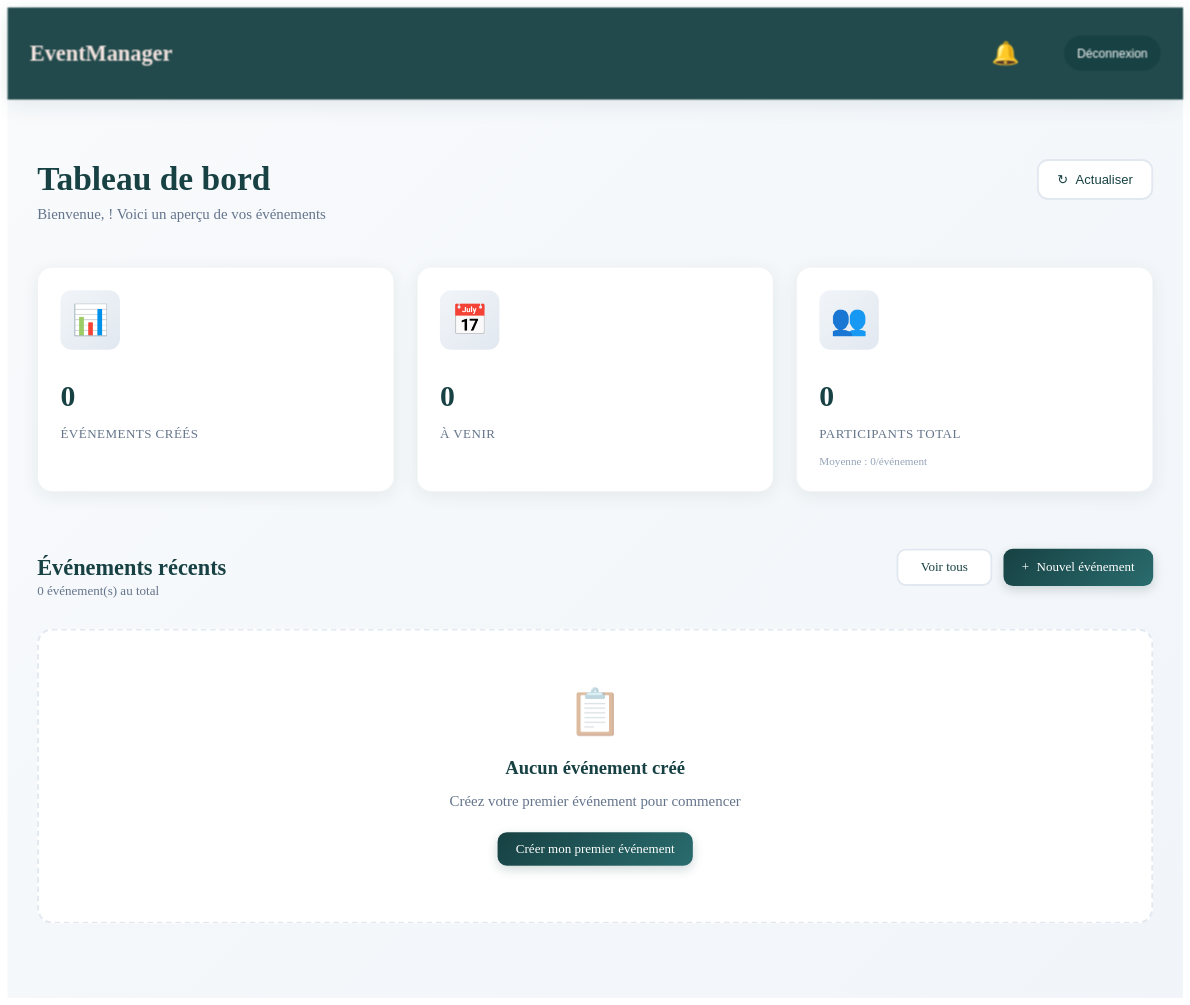
Repository: RADJA-A/DahiliRadja_Pjt_IW
Page: /organisateur/dashboard (app in Front/gerement/)
The author's editor kept a copy of each file at every save. The page is drawn from the files as they stood at one save, then again after the next save.
The browser window is 1280 px wide. The pictures show the whole page, at 93% of full size.
The project was rebuilt for these pictures with package versions that can differ from the ones it lists, and the page was loaded fresh each time. Also part of the build but not shown: Front/gerement/angular.json, Front/gerement/src/app/pages/home/home.component.ts, Front/gerement/src/app/components/avantages/avantages.component.ts, Front/gerement/src/app/components/procedure/procedure.component.ts, Front/gerement/src/app/components/services/services.component.ts, Front/gerement/src/app/pages/login/login.component.ts, Front/gerement/src/app/core/services/auth.service.ts, Front/gerement/src/app/pages/signin/signin.component.ts and 8 more.

Above is the page before, as saved 2025-12-15 12:13:44.

### Front/gerement/src/index.html
<!doctype html>
<html lang="en">
<head>
  <meta charset="utf-8">
  <title>Gerement</title>
  <base href="/">
  <meta name="viewport" content="width=device-width, initial-scale=1">
   <link rel="icon" type="image/x-icon" href="1.png">
</head>
<body>


  <app-root></app-root>
</body>
</html>

### Front/gerement/src/app/app.config.ts
import { ApplicationConfig, provideZoneChangeDetection } from '@angular/core';
import { provideRouter } from '@angular/router';
import { provideHttpClient, withInterceptors } from '@angular/common/http';
import { routes } from './app.routes';
import { authInterceptor } from './interceptors/auth.interceptor'; // Notez : pas de AuthInterceptor class

export const appConfig: ApplicationConfig = {
  providers: [
    provideZoneChangeDetection({ eventCoalescing: true }),
    provideRouter(routes),
    provideHttpClient(
      withInterceptors([authInterceptor])  // Utilisez la fonction
    )
  ]
};

### Front/gerement/src/app/app.component.ts
import { Component } from '@angular/core';
import { CommonModule } from '@angular/common';
import { Router, RouterOutlet, NavigationEnd } from '@angular/router';
import { HeaderComponent } from './components/header/header.component';
import { FooterComponent } from './components/footer/footer.component';
import { NavbarComponent } from './components/navbar/navbar.component';
import { filter } from 'rxjs/operators';

@Component({
  selector: 'app-root',
  standalone: true,
  imports: [
    CommonModule,
    RouterOutlet,
    HeaderComponent,
    FooterComponent,
    NavbarComponent // ← Ajout
  ],
  templateUrl: './app.component.html',
  styleUrls: ['./app.component.css']
})
export class AppComponent {
  title = 'gerement';
  showNavbar = false;

  constructor(private router: Router) {
    // Déterminer quand afficher la navbar
    this.router.events.pipe(
      filter(event => event instanceof NavigationEnd)
    ).subscribe((event: any) => {
      const url = event.url;
      this.showNavbar = !['/', '/login', '/signin'].includes(url);
    });
  }
}

### Front/gerement/src/app/interceptors/auth.interceptor.ts
// src/app/interceptors/auth.interceptor.ts
import { HttpInterceptorFn } from '@angular/common/http';
import { inject } from '@angular/core';
import { AuthService } from '../services/auth.service';

export const authInterceptor: HttpInterceptorFn = (req, next) => {
  const authService = inject(AuthService);
  const authHeaders = authService.getAuthHeaders();

  // Si pas de headers d'auth, passer à la suite
  if (Object.keys(authHeaders).length === 0) {
    return next(req);
  }

  // Cloner la requête avec les headers
  const authReq = req.clone({
    setHeaders: authHeaders
  });

  return next(authReq);
};

### Front/gerement/src/app/app.component.html
<app-header *ngIf="!showNavbar"></app-header>
<app-navbar *ngIf="showNavbar"></app-navbar>
<router-outlet></router-outlet>
<app-footer *ngIf="!showNavbar"></app-footer>

### Front/gerement/src/app/components/header/header.component.ts
import { Component } from '@angular/core';
import { Router, RouterModule } from '@angular/router';

@Component({
  selector: 'app-header',
  standalone: true,
  imports: [RouterModule],
  templateUrl: './header.component.html',
  styleUrls: ['./header.component.css']
})
export class HeaderComponent {
  constructor(private router: Router) {}

  navigateToLogin() {
    this.router.navigate(['/login']);
  }

  navigateToSignin() {
    this.router.navigate(['/signin']);
  }

}

### Front/gerement/src/app/components/navbar/navbar.component.ts
import { Component, OnInit } from '@angular/core';
import { Router, RouterModule } from '@angular/router';
import { CommonModule } from '@angular/common';
import { NotificationsComponent } from '../notifications/notifications.component';
import { NotificationService } from '../../services/notification.service';

@Component({
  selector: 'app-navbar',
  imports: [CommonModule,NotificationsComponent,RouterModule],
  templateUrl: './navbar.component.html',
  styleUrls: ['./navbar.component.css']
})
export class NavbarComponent implements OnInit {
  user: any;
  notificationsCount = 0;
  showNotifications = false;

  constructor(
    private router: Router,
    private notificationService: NotificationService
  ) {}

  ngOnInit() {
    const userStr = localStorage.getItem('user');
    if (userStr) {
      this.user = JSON.parse(userStr);
      this.loadNotificationsCount();
    }
  }

  loadNotificationsCount() {
    this.notificationService.getNotificationsNonLues(this.user.id).subscribe(
      (notifications) => {
        this.notificationsCount = notifications.length;
      }
    );
  }

  toggleNotifications() {
    this.showNotifications = !this.showNotifications;
  }

  logout() {
    localStorage.removeItem('user');
    this.router.navigate(['/login']);
  }

  // Fix role check with multiple possibilities
  isOrganisateur(): boolean {
    const role = this.user?.role;
    console.log('Checking role:', role); // Debug log
    return role === 'ORGANIZER' || role === 'ADMIN';
  }

  // Add isParticipant method
  isParticipant(): boolean {
    const role = this.user?.role;
    return role === 'PARTICIPANT';
  }
}

### Front/gerement/src/app/components/header/header.component.html
<div id="logindiv">
  <nav>
    <h1>Gerement</h1>
    <ul class="liste">
      <li><a href="#avantages">Avantages</a></li>
      <li><a href="#services">Nos services</a></li>
      <li><a href="#procedure">Procedure</a></li>
    </ul>

    <!-- Wrap the buttons -->
    <div class="button-group">
      <button id="connectbtn" (click)="navigateToLogin()">Se connecter</button>
      <button id="signinbtn" (click)="navigateToSignin()">S'inscrire</button>
    </div>
  </nav>
</div>

### Front/gerement/src/app/components/header/header.component.css
*{
    font-family: DM sans-serif ;
}


body::-webkit-scrollbar {
    width : 10px;
}

body::-webkit-scrollbar-track {
    background :#174143;
}

body::-webkit-scrollbar-thumb {
    background-color :#F5E5E1;
    border-radius: 10px 10px ;
}


nav {
    display: flex;
    justify-content: space-between; /* h1 left, everything else right */
    align-items: center;
    padding: 0 20px;
}

.button-group {
    display: flex;
    gap: 10px; /* space between the two buttons */
}


nav h1 {
    color: #174143;
    margin: 0;
}

nav ul {
    display: flex;
    list-style: none;
    margin: 0;
    padding: 0;
    gap: 30px;
    align-items: center;
    font-size: 20px;
}

nav ul li {
    margin: 0;
    padding: 0;
}

nav ul li a {
    text-decoration: none;
    color: black;
    line-height: 1;
    display: flex;
    align-items: center;
}

nav ul li a:hover{
    font-weight: bold;
}


button{
    border: none;
    border-radius: 50px;
     background-color:  #174143;
    color: white;
    height : 48px;
    width : 134px;
    font-size: 19px;
}

button:hover{
    cursor: pointer;
    transition : 0.2s ease-in-out  ;
    background-color:  #F5E5E1;
    color:  #174143;
}

### Front/gerement/src/app/components/footer/footer.component.html
<footer class="custom-footer">
  <div class="footer-section">
    <p>Université d'alger 1</p>
    <p>Alger centre</p>
    <p>Alger, Algerie</p>
  </div>



  <div class="footer-bottom">
    <p>Gerement™</p>
    <p>© 2025 All Rights Reserved</p>
  </div>
</footer>

### Front/gerement/src/app/components/footer/footer.component.css
.custom-footer {
  background: #174143;
  padding: 30px;
  text-align: center;
  color: #F5E5E1;
  font-family: Arial, sans-serif;
  border-top: 1px solid #ddd;
}


.footer-bottom {
  margin-top: 15px;
  font-size: 13px;
  color: #d7beb8;
}

### Front/gerement/src/app/components/navbar/navbar.component.html
<nav class="navbar">
  <div class="navbar-container">
    <div class="navbar-brand">
      <h2>EventManager</h2>
    </div>

    <div class="navbar-menu">
      <ng-container *ngIf="isOrganisateur()">
        <!-- Add routerLink directive -->
        <a [routerLink]="['/organisateur/dashboard']" routerLinkActive="active">Dashboard</a>
        <a [routerLink]="['/organisateur/mes-evenements']" routerLinkActive="active">Mes Événements</a>
        <a [routerLink]="['/organisateur/creer-evenement']" routerLinkActive="active">Créer</a>
      </ng-container>

      <ng-container *ngIf="isParticipant()">
        <!-- Add routerLink directive -->
        <a [routerLink]="['/participant/evenements']" routerLinkActive="active">Événements</a>
        <a [routerLink]="['/participant/mes-inscriptions']" routerLinkActive="active">Mes Inscriptions</a>

      </ng-container>
    </div>

    <div class="navbar-actions">
      <div class="notification-btn" (click)="toggleNotifications()">
        <span class="icon">🔔</span>
        <span class="badge-notif" *ngIf="notificationsCount > 0">{{ notificationsCount }}</span>
      </div>

      <div class="user-menu">
        <span>{{ user?.prenom }} {{ user?.nom }}</span>
        <button class="btn btn-secondary" (click)="logout()">Déconnexion</button>
      </div>
    </div>
  </div>

  <!-- Dropdown notifications -->
  <app-notifications *ngIf="showNotifications" [userId]="user?.id"></app-notifications>
</nav>

### Front/gerement/src/app/components/navbar/navbar.component.css
.navbar {
  background: rgba(23, 65, 67, 0.95);
  backdrop-filter: blur(10px);
  box-shadow: 0 4px 24px rgba(23, 65, 67, 0.1);
  position: sticky;
  top: 0;
  z-index: 1000;
}

.navbar-container {
  max-width: 1400px;
  margin: 0 auto;
  padding: 16px 24px;
  display: flex;
  justify-content: space-between;
  align-items: center;
}

.navbar-brand h2 {
  color: #F5E5E1;
  font-size: 24px;
  font-weight: 700;
}

.navbar-menu {
  display: flex;
  gap: 32px;
}

.navbar-menu a {
  color: #F5E5E1;
  text-decoration: none;
  font-weight: 500;
  padding: 8px 16px;
  border-radius: 8px;
  transition: all 0.3s ease;
}

.navbar-menu a:hover,
.navbar-menu a.active {
  background: rgba(245, 229, 225, 0.1);
  color: white;
}

.navbar-actions {
  display: flex;
  align-items: center;
  gap: 24px;
}

.notification-btn {
  position: relative;
  cursor: pointer;
  padding: 8px;
  border-radius: 50%;
  transition: background 0.3s ease;
}

.notification-btn:hover {
  background: rgba(245, 229, 225, 0.1);
}

.notification-btn .icon {
  font-size: 24px;
}

.badge-notif {
  position: absolute;
  top: 0;
  right: 0;
  background: #dc3545;
  color: white;
  border-radius: 50%;
  width: 20px;
  height: 20px;
  display: flex;
  align-items: center;
  justify-content: center;
  font-size: 11px;
  font-weight: 700;
}

.user-menu {
  display: flex;
  align-items: center;
  gap: 16px;
  color: #F5E5E1;
}

button{
    border: none;
    border-radius: 50px;
     background-color:  #174143;
    color: white;
    height : 38px;
    width : 104px;
    font-size: 13px;
}

button:hover{
    cursor: pointer;
    transition : 0.2s ease-in-out  ;
    background-color:  #F5E5E1;
    color:  #174143;
}

### Front/gerement/src/app/pages/organisateur/dashboard-organisateur/dashboard-organisateur.component.html
<div class="dashboard">
  <div class="container">
    <!-- En-tête élégant -->
    <div class="dashboard-header">
      <div class="header-content">
        <div class="header-text">
          <h1>Tableau de bord</h1>
          <p class="subtitle">Bienvenue, {{ user?.prenom }} ! Voici un aperçu de vos événements</p>
        </div>
        <button class="btn-refresh" (click)="refreshDashboard()" [disabled]="loading">
          <span class="btn-icon">↻</span> Actualiser
        </button>
      </div>
    </div>

    <!-- Statistiques -->
    <div class="stats-grid">
      <div class="stat-card card">
        <div class="stat-icon">📊</div>
        <div class="stat-info">
          <h3>{{ statistiques.totalEvenements || 0 }}</h3>
          <p>Événements créés</p>
        </div>
        <div class="stat-trend" *ngIf="statistiques.evolution > 0">
          <span class="trend-icon">↗</span>
          <span class="trend-text">+{{ statistiques.evolution }}%</span>
        </div>
      </div>

      <div class="stat-card card">
        <div class="stat-icon">📅</div>
        <div class="stat-info">
          <h3>{{ statistiques.evenementsAVenir || 0 }}</h3>
          <p>À venir</p>
        </div>
        <div class="stat-detail" *ngIf="prochainEvenement">
          <span class="detail-text">Prochain : {{ prochainEvenement.titre | truncate:20 }}</span>
        </div>
      </div>

      <div class="stat-card card">
        <div class="stat-icon">👥</div>
        <div class="stat-info">
          <h3>{{ statistiques.totalParticipants || 0 }}</h3>
          <p>Participants total</p>
        </div>
        <div class="stat-subtext">
          <span>Moyenne : {{ statistiques.moyenneParticipants || 0 }}/événement</span>
        </div>
      </div>
    </div>

    <!-- Mes événements récents -->
    <div class="recent-events">
      <div class="section-header">
        <div class="section-title">
          <h2>Événements récents</h2>
          <p class="section-subtitle">{{ evenements.length }} événement(s) au total</p>
        </div>
        <div class="section-actions">
          <a routerLink="/organisateur/mes-evenements" class="btn btn-secondary">
            Voir tous
          </a>
          <a routerLink="/organisateur/creer-evenement" class="btn btn-primary">
            <span class="btn-icon">+</span> Nouvel événement
          </a>
        </div>
      </div>

      <!-- État de chargement -->
      <div class="loading-state" *ngIf="loading">
        <div class="spinner"></div>
        <p>Chargement des événements...</p>
      </div>

      <!-- Grille d'événements -->
      <div class="events-grid" *ngIf="!loading && evenements.length > 0">
        <div class="event-card card" *ngFor="let event of evenements.slice(0, 6)">
          <div class="event-image" *ngIf="event.imageUrl">
            <img [src]="event.imageUrl" [alt]="event.titre" (error)="event.imageUrl = ''">
            <div class="event-status" [class]="'status-' + getStatutColor(event.statut!)">
              {{ event.statut }}
            </div>
          </div>

          <div class="event-content">
            <div class="event-header">
              <h3 class="event-title">{{ event.titre }}</h3>
              <div class="event-meta">
                <span class="meta-item" title="Date">
                  <span class="meta-icon">📅</span>
                  {{ event.dateDebut | date:'dd/MM/yy' }}
                </span>
                <span class="meta-item" title="Participants">
                  <span class="meta-icon">👥</span>
                  {{ event.nombreInscrits }}/{{ event.capaciteMax }}
                </span>
              </div>
            </div>

            <div class="event-details">
              <p class="event-location">
                <span class="detail-icon">📍</span>
                {{ event.lieu | truncate:30 }}
              </p>
              <p class="event-type" *ngIf="event.type">
                <span class="detail-icon">🏷️</span>
                {{ getTypeLabel(event.type) }}
              </p>
            </div>

            <div class="event-progress">
              <div class="progress-bar">
                <div class="progress-fill" [style.width]="getProgressPercentage(event) + '%'"></div>
              </div>
              <span class="progress-text">{{ getProgressPercentage(event) }}% rempli</span>
            </div>

            <div class="event-actions">
              <a [routerLink]="['/organisateur/evenements', event.id]" class="btn btn-outline">
                Détails
              </a>
              <a [routerLink]="['/organisateur/participants', event.id]" class="btn btn-primary">
                Participants
              </a>
            </div>
          </div>
        </div>
      </div>

      <!-- État vide -->
      <div class="empty-state" *ngIf="!loading && evenements.length === 0">
        <div class="empty-icon">📋</div>
        <h3>Aucun événement créé</h3>
        <p>Créez votre premier événement pour commencer</p>
        <a routerLink="/organisateur/creer-evenement" class="btn btn-primary">
          Créer mon premier événement
        </a>
      </div>

      <!-- Actions rapides -->
      <div class="quick-actions" *ngIf="evenements.length > 0">
        <div class="quick-actions-header">
          <h3>Actions rapides</h3>
        </div>
        <div class="actions-grid">
          <a routerLink="/organisateur/creer-evenement" class="action-card">
            <span class="action-icon">+</span>
            <span class="action-text">Créer un événement</span>
          </a>
          <a routerLink="/organisateur/mes-evenements" class="action-card">
            <span class="action-icon">📋</span>
            <span class="action-text">Gérer mes événements</span>
          </a>
          <a routerLink="/organisateur/participants" class="action-card">
            <span class="action-icon">👥</span>
            <span class="action-text">Voir participants</span>
          </a>
          <button class="action-card" (click)="exportData()">
            <span class="action-icon">📤</span>
            <span class="action-text">Exporter données</span>
          </button>
        </div>
      </div>
    </div>
  </div>
</div>

### Front/gerement/src/app/services/inscription.service.ts
import { Injectable } from '@angular/core';
import { HttpClient } from '@angular/common/http';
import { Observable, tap } from 'rxjs';
import { NotificationService } from './notification.service'; // Ajoutez cette importation

export interface Inscription {
  id?: number;
  userId: number;
  evenementId: number;
  dateInscription?: string;
  statut?: string; // Ajoutez ce champ si vous avez des statuts
}

@Injectable({
  providedIn: 'root'
})
export class InscriptionService {
  private apiUrl = 'http://localhost:8084/api/inscriptions';

  constructor(
    private http: HttpClient,
    private notificationService: NotificationService // Ajoutez cette injection
  ) {}

  // S'inscrire avec notification
  inscrire(inscription: Inscription): Observable<Inscription> {
    return this.http.post<Inscription>(this.apiUrl, inscription).pipe(
      tap(inscriptionCreee => {
        console.log('Inscription créée:', inscriptionCreee);

        // Ici, vous devriez déclencher une notification pour l'organisateur
        // Mais pour cela, vous avez besoin de plus d'informations
        // Le backend devrait gérer ça
      })
    );
  }

  // Se désinscrire
  desinscrire(inscriptionId: number): Observable<void> {
    return this.http.delete<void>(`${this.apiUrl}/${inscriptionId}`);
  }

  // Mes inscriptions
  getMesInscriptions(userId: number): Observable<Inscription[]> {
    return this.http.get<Inscription[]>(`${this.apiUrl}/user/${userId}`);
  }

  // Participants d'un événement (pour organisateur)
  getParticipants(evenementId: number): Observable<Inscription[]> {
    return this.http.get<Inscription[]>(`${this.apiUrl}/evenement/${evenementId}`);
  }
}

Loaded but not shown: Front/gerement/src/styles.css (common file); Front/gerement/src/main.ts (common file); Front/gerement/src/app/components/footer/footer.component.ts (common file); Front/gerement/src/app/pages/organisateur/dashboard-organisateur/dashboard-organisateur.component.css (544 lines, source omitted); Front/gerement/src/app/services/notification.service.ts (100 lines, source omitted); Front/gerement/src/app/services/auth.service.ts (123 lines, source omitted); Front/gerement/src/app/pages/organisateur/dashboard-organisateur/dashboard-organisateur.component.ts (100 lines, source omitted); Front/gerement/src/app/app.routes.ts (36 lines, source omitted); Front/gerement/src/app/services/evenement.service.ts (71 lines, source omitted); Front/gerement/src/app/app.component.css (no stored copy; drawn as an empty file)

After the next save:
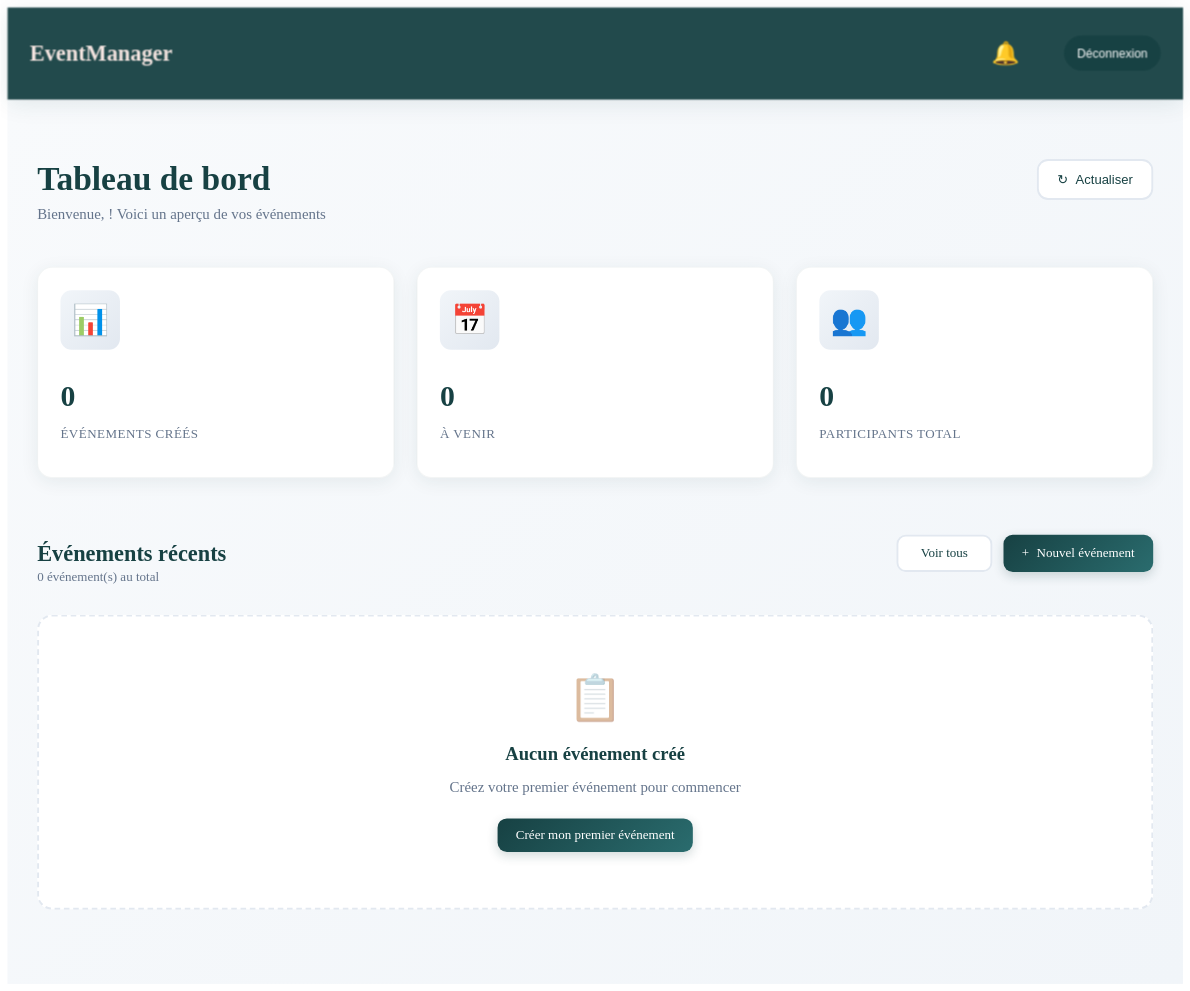
Saved 14 s later.
--- a/Front/gerement/src/app/pages/organisateur/dashboard-organisateur/dashboard-organisateur.component.html
+++ b/Front/gerement/src/app/pages/organisateur/dashboard-organisateur/dashboard-organisateur.component.html
@@ -21,10 +21,6 @@
           <h3>{{ statistiques.totalEvenements || 0 }}</h3>
           <p>Événements créés</p>
         </div>
-        <div class="stat-trend" *ngIf="statistiques.evolution > 0">
-          <span class="trend-icon">↗</span>
-          <span class="trend-text">+{{ statistiques.evolution }}%</span>
-        </div>
       </div>
 
       <div class="stat-card card">
@@ -34,7 +30,7 @@
           <p>À venir</p>
         </div>
         <div class="stat-detail" *ngIf="prochainEvenement">
-          <span class="detail-text">Prochain : {{ prochainEvenement.titre | truncate:20 }}</span>
+          <span class="detail-text">Prochain : {{ prochainEvenement.titre | slice:0:20 }}{{ prochainEvenement.titre.length > 20 ? '...' : '' }}</span>
         </div>
       </div>
 
@@ -43,9 +39,6 @@
         <div class="stat-info">
           <h3>{{ statistiques.totalParticipants || 0 }}</h3>
           <p>Participants total</p>
-        </div>
-        <div class="stat-subtext">
-          <span>Moyenne : {{ statistiques.moyenneParticipants || 0 }}/événement</span>
         </div>
       </div>
     </div>
@@ -93,7 +86,7 @@
                 </span>
                 <span class="meta-item" title="Participants">
                   <span class="meta-icon">👥</span>
-                  {{ event.nombreInscrits }}/{{ event.capaciteMax }}
+                  {{ event.nombreInscrits || 0 }}/{{ event.capaciteMax }}
                 </span>
               </div>
             </div>
@@ -101,7 +94,7 @@
             <div class="event-details">
               <p class="event-location">
                 <span class="detail-icon">📍</span>
-                {{ event.lieu | truncate:30 }}
+                {{ event.lieu?.length > 30 ? event.lieu.substring(0, 30) + '...' : event.lieu }}
               </p>
               <p class="event-type" *ngIf="event.type">
                 <span class="detail-icon">🏷️</span>
